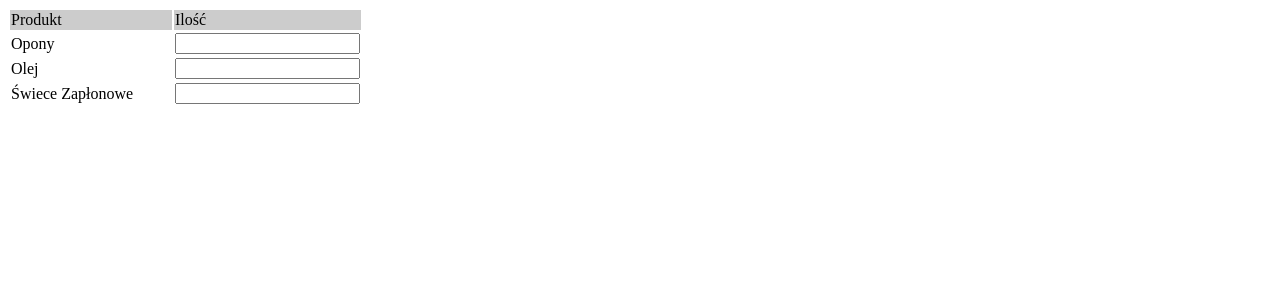
Repository: gabr/workspace
Page: php 001 - formularz/formularz.html
The author's editor kept a copy of each file at every save. The page is drawn from the files as they stood at one save, then again after the next save.
The browser window is 1280 px wide. The pictures show the whole page.

Above is the page before, as saved 2013-02-22 21:14:39.

### php 001 - formularz/formularz.html
<!DOCTYPE html PUBLIC "-//W3C//DTD HTML 4.01 Transitional//EN" "http://www.w3.org/TR/html4/loose.dtd">
<html>
<head>
<link rel="stylesheet" href="style.css">
<meta http-equiv="Content-Type" content="text/html; charset=UTF-8">
<title>formularz</title>
</head>
<body>
	<table>
		<tr id="naglowek">
			<td>Produkt</td>
			<td>Ilość</td>
		</tr>
		<tr>
			<td>Opony</td>
			<td><input type="text" name="iloscopon" /></td>
		</tr>
		<tr>
			<td>Olej</td>
			<td><input type="text" name="iloscoleju" /></td>
		</tr>
		<tr>
			<td>Świece Zapłonowe</td>
			<td><input type="text" name="iloscswiec" /></td>
		</tr>
	</table>
</body>
</html>

### php 001 - formularz/style.css
@CHARSET "UTF-8";

table {
	border: 0;
}

#naglowek {
	background-color: #cccccc;
}

tr > td:first-child {
	width: 10em;
}

After the next save:
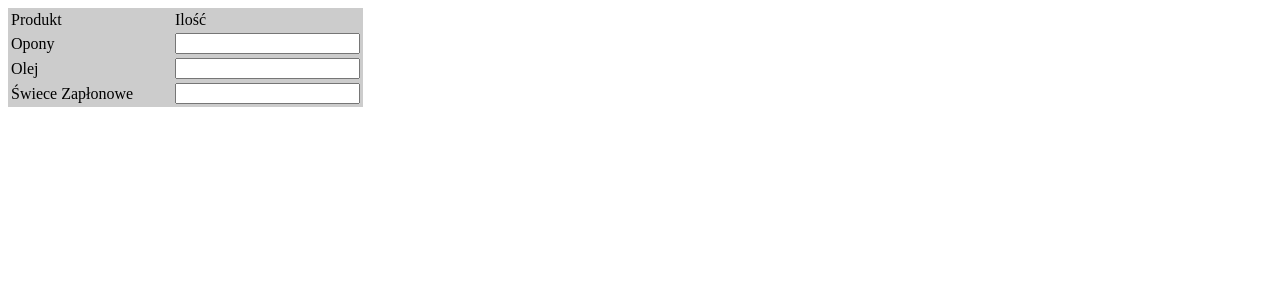
Saved 21 s later.
--- a/php 001 - formularz/style.css
+++ b/php 001 - formularz/style.css
@@ -4,7 +4,7 @@
 	border: 0;
 }
 
-#naglowek {
+table:first-child {
 	background-color: #cccccc;
 }
 

After the 2 saves that followed:
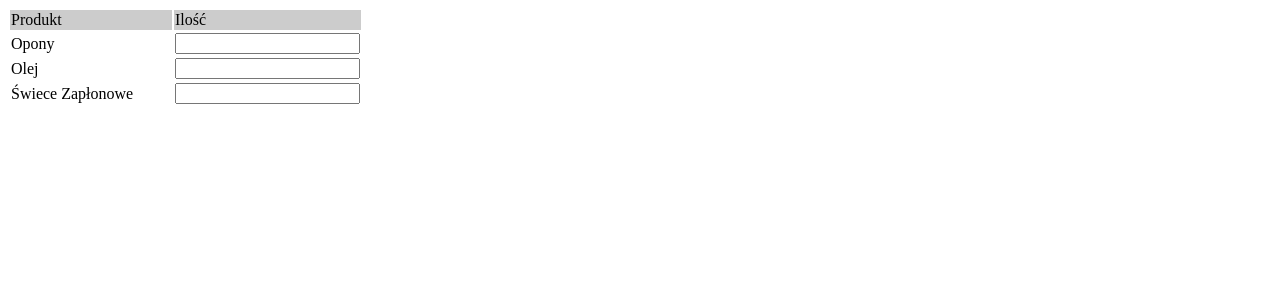
The 2 saves are shown as one change because 1 left the picture as it was.
The last was saved 28 s later.
--- a/php 001 - formularz/style.css
+++ b/php 001 - formularz/style.css
@@ -4,7 +4,7 @@
 	border: 0;
 }
 
-table:first-child {
+#naglowek {
 	background-color: #cccccc;
 }
 
